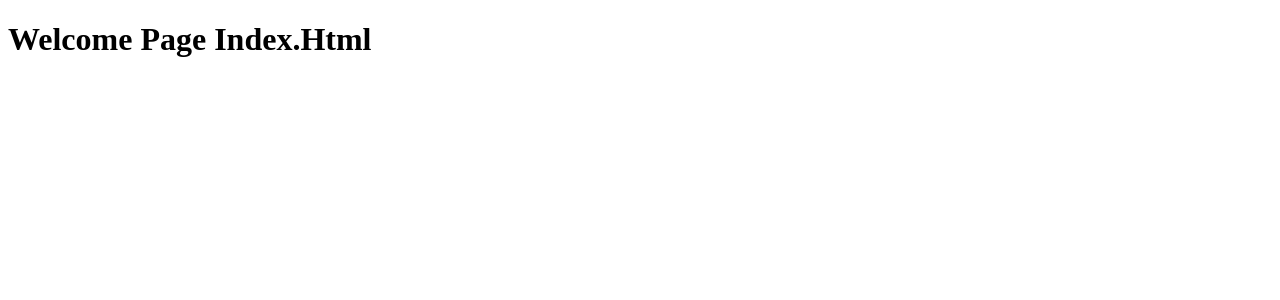
Repository: devgpta19/CDAC-Assignments
Page: Adv.Java/Day6-8/ProductsAndUsersUsingJSPAndServlet/src/main/webapp/index.html
The author's editor kept a copy of each file at every save. The page is drawn from the files as they stood at one save, then again after the next save.
The browser window is 1280 px wide. The pictures show the whole page.

Above is the page before, as saved 2025-11-26 04:22:21.

### Adv.Java/Day6-8/ProductsAndUsersUsingJSPAndServlet/src/main/webapp/index.html
<!DOCTYPE html>
<html>
<head>
<meta charset="ISO-8859-1">
<title>Insert title here</title>
</head>
<body>
	<h1>Welcome Page Index.Html</h1>
</body>
</html>

After the next save:
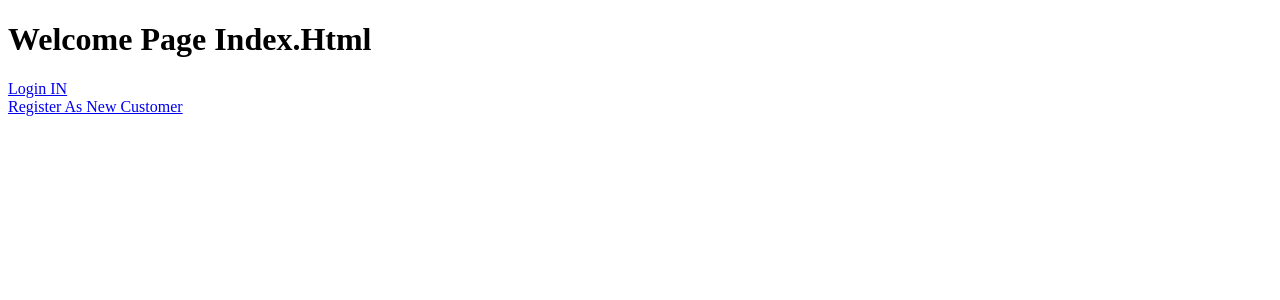
Saved 7 min 41 s later.
--- a/Adv.Java/Day6-8/ProductsAndUsersUsingJSPAndServlet/src/main/webapp/index.html
+++ b/Adv.Java/Day6-8/ProductsAndUsersUsingJSPAndServlet/src/main/webapp/index.html
@@ -6,5 +6,7 @@
 </head>
 <body>
 	<h1>Welcome Page Index.Html</h1>
+	<a href="Login.html">Login IN</a><br>
+	<a href="Register.html">Register As New Customer</a><br>
 </body>
 </html>
